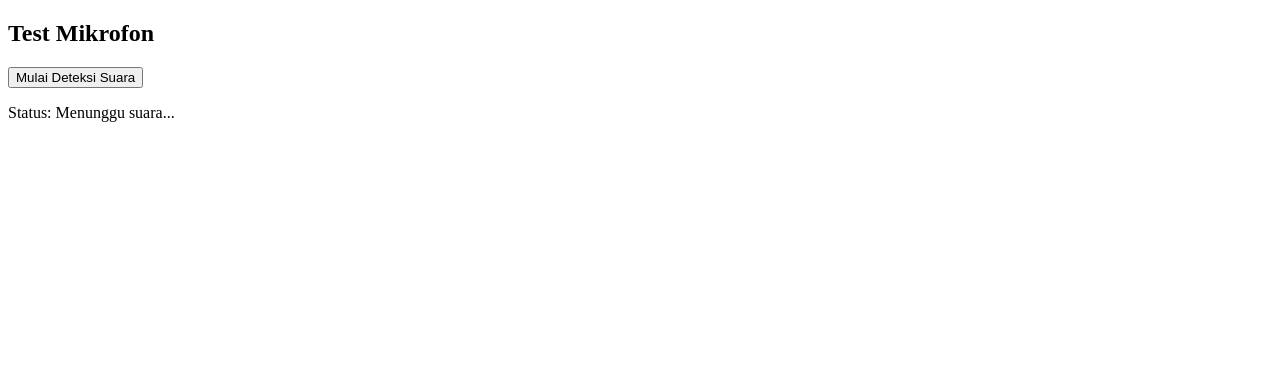
Repository: RalfyBawinto/working-teachable-machine
Page: model2.html
An editor plug-in stored every save of this project. The page is shown before and after the next save, followed by the edit.
The browser window is 1280 px wide. The pictures show the whole page.

Above is the page before, as saved 2025-04-22 00:34:30.

### model2.html
<!DOCTYPE html>
<html lang="id">
  <head>
    <meta charset="UTF-8" />
    <meta name="viewport" content="width=device-width, initial-scale=1.0" />
    <title>Test Mikrofon</title>
  </head>
  <body>
    <h2>Test Mikrofon</h2>
    <button onclick="startListening()">Mulai Deteksi Suara</button>
    <p id="status">Status: Menunggu suara...</p>

    <script>
      async function startListening() {
        try {
          const stream = await navigator.mediaDevices.getUserMedia({
            audio: true,
          });
          const audioContext = new (window.AudioContext ||
            window.webkitAudioContext)();
          const analyser = audioContext.createAnalyser();
          const source = audioContext.createMediaStreamSource(stream);
          source.connect(analyser);

          document.getElementById("status").innerText =
            "Mikrofon aktif, mendeteksi suara...";
          console.log("Mikrofon aktif");
        } catch (err) {
          console.error("Gagal mengakses mikrofon:", err);
          document.getElementById("status").innerText =
            "Gagal mengakses mikrofon.";
        }
      }
    </script>
  </body>
</html>

After the next save:
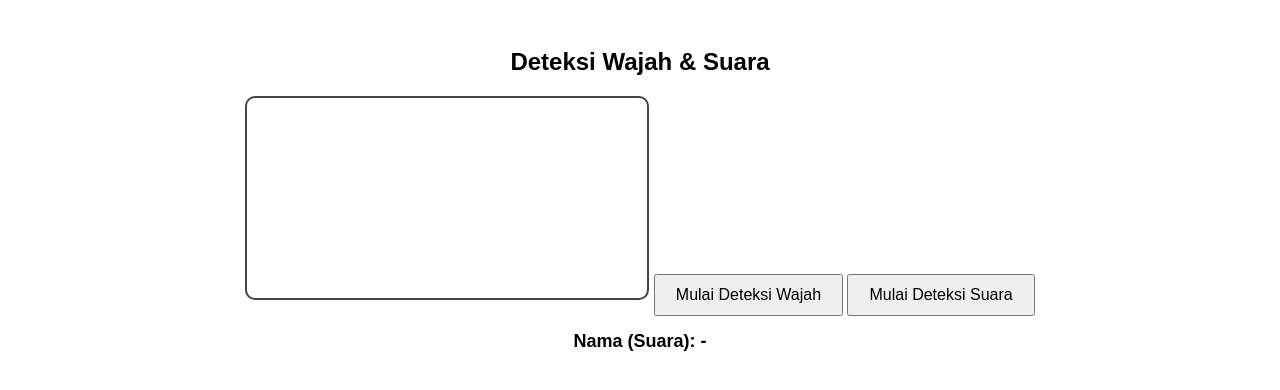
Saved 38 s later.
--- a/model2.html
+++ b/model2.html
@@ -3,32 +3,103 @@
   <head>
     <meta charset="UTF-8" />
     <meta name="viewport" content="width=device-width, initial-scale=1.0" />
-    <title>Test Mikrofon</title>
+    <title>Deteksi Wajah dan Suara</title>
+    <style>
+      body {
+        font-family: Arial, sans-serif;
+        text-align: center;
+        padding: 20px;
+      }
+      video {
+        width: 100%;
+        max-width: 400px;
+        border-radius: 10px;
+        border: 2px solid #444;
+      }
+      .output {
+        margin-top: 15px;
+        font-size: 18px;
+        font-weight: bold;
+      }
+      button {
+        margin-top: 20px;
+        padding: 10px 20px;
+        font-size: 16px;
+      }
+    </style>
   </head>
   <body>
-    <h2>Test Mikrofon</h2>
-    <button onclick="startListening()">Mulai Deteksi Suara</button>
-    <p id="status">Status: Menunggu suara...</p>
+    <h2>Deteksi Wajah & Suara</h2>
+
+    <video id="video" autoplay muted playsinline></video>
+    <button onclick="startCamera()">Mulai Deteksi Wajah</button>
+    <button onclick="startAudioDetection()">Mulai Deteksi Suara</button>
+
+    <div class="output" id="voice-output">Nama (Suara): -</div>
+
+    <!-- TensorFlow.js -->
+    <script src="https://cdn.jsdelivr.net/npm/@tensorflow/tfjs@3.21.0/dist/tf.min.js"></script>
+    <script src="https://cdn.jsdelivr.net/npm/@teachablemachine/audio@0.8/dist/teachablemachine-audio.min.js"></script>
 
     <script>
-      async function startListening() {
+      const voiceModelURL =
+        "https://teachablemachine.withgoogle.com/models/S6mA-uAt0/";
+
+      let audioModel;
+      let video;
+
+      async function startCamera() {
+        video = document.getElementById("video");
         try {
+          // Mengaktifkan kamera
           const stream = await navigator.mediaDevices.getUserMedia({
-            audio: true,
+            video: true,
           });
-          const audioContext = new (window.AudioContext ||
-            window.webkitAudioContext)();
-          const analyser = audioContext.createAnalyser();
-          const source = audioContext.createMediaStreamSource(stream);
-          source.connect(analyser);
+          video.srcObject = stream;
+          console.log("Kamera aktif");
+        } catch (err) {
+          console.error("Gagal mengakses kamera:", err);
+        }
+      }
 
-          document.getElementById("status").innerText =
-            "Mikrofon aktif, mendeteksi suara...";
-          console.log("Mikrofon aktif");
+      async function startAudioDetection() {
+        try {
+          // Memuat model suara
+          audioModel = await tmAudio.load(
+            voiceModelURL + "model.json",
+            voiceModelURL + "metadata.json"
+          );
+          document.getElementById("voice-output").innerText =
+            "Model suara dimuat, mendengarkan...";
+          predictVoice();
         } catch (err) {
-          console.error("Gagal mengakses mikrofon:", err);
-          document.getElementById("status").innerText =
-            "Gagal mengakses mikrofon.";
+          console.error("Gagal memuat model suara:", err);
+          alert("Gagal memuat model suara.");
+        }
+      }
+
+      async function predictVoice() {
+        try {
+          await audioModel.listen(
+            async () => {
+              const prediction = await audioModel.predict();
+              const highest = prediction.reduce(
+                (max, p) => (p.probability > max.probability ? p : max),
+                { probability: 0 }
+              );
+              document.getElementById(
+                "voice-output"
+              ).innerText = `Nama (Suara): ${highest.className} (${(
+                highest.probability * 100
+              ).toFixed(1)}%)`;
+            },
+            {
+              probabilityThreshold: 0.85,
+              overlapFactor: 0.5,
+            }
+          );
+        } catch (err) {
+          console.error("Gagal mendengarkan suara:", err);
         }
       }
     </script>
